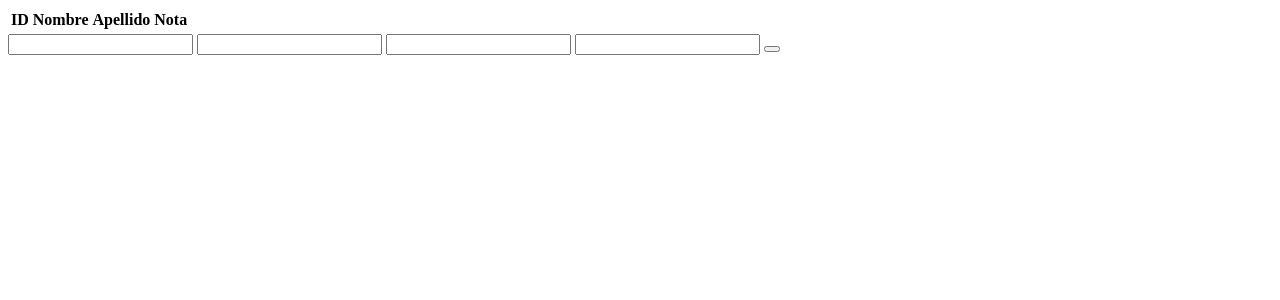
Repository: fespina96/bootcamp-ASJ
Page: Java/proyectoPrueba/src/main/resources/static/index.html
An editor plug-in stored every save of this project. The page is shown before and after the next save, followed by the edit.
The browser window is 1280 px wide. The pictures show the whole page.

Above is the page before, as saved 2024-01-19 14:29:40.

After the next save:
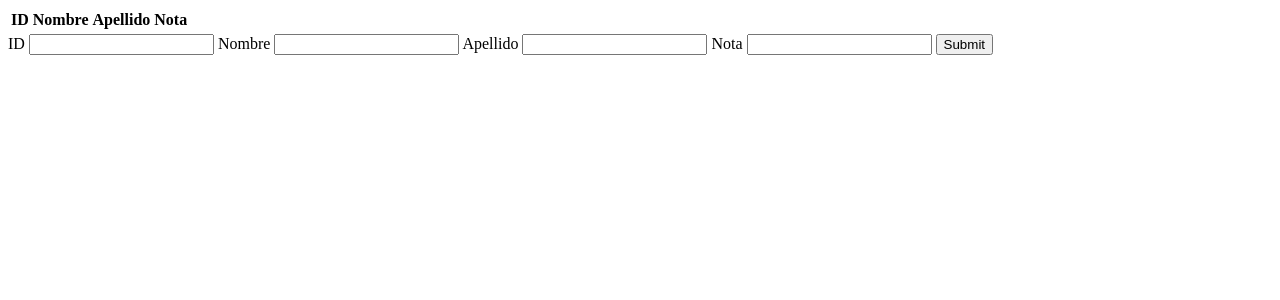
Saved 59 s later.
--- a/Java/proyectoPrueba/src/main/resources/static/index.html
+++ b/Java/proyectoPrueba/src/main/resources/static/index.html
@@ -20,11 +20,15 @@
 		</tbody>
 	</table>
 	<form method="post" action="localhost8080/alumnos/add">
+		<label>ID</label>
 		<input id="id"></input>
+		<label>Nombre</label>
 		<input id="nombre"></input>
+		<label>Apellido</label>
 		<input id="apellido"></input>
+		<label>Nota</label>
 		<input id="nota" type="number"></input>
-		<button type="submit"></button>
+		<button type="submit">Submit</button>
 	</form>
 
 	<script>
